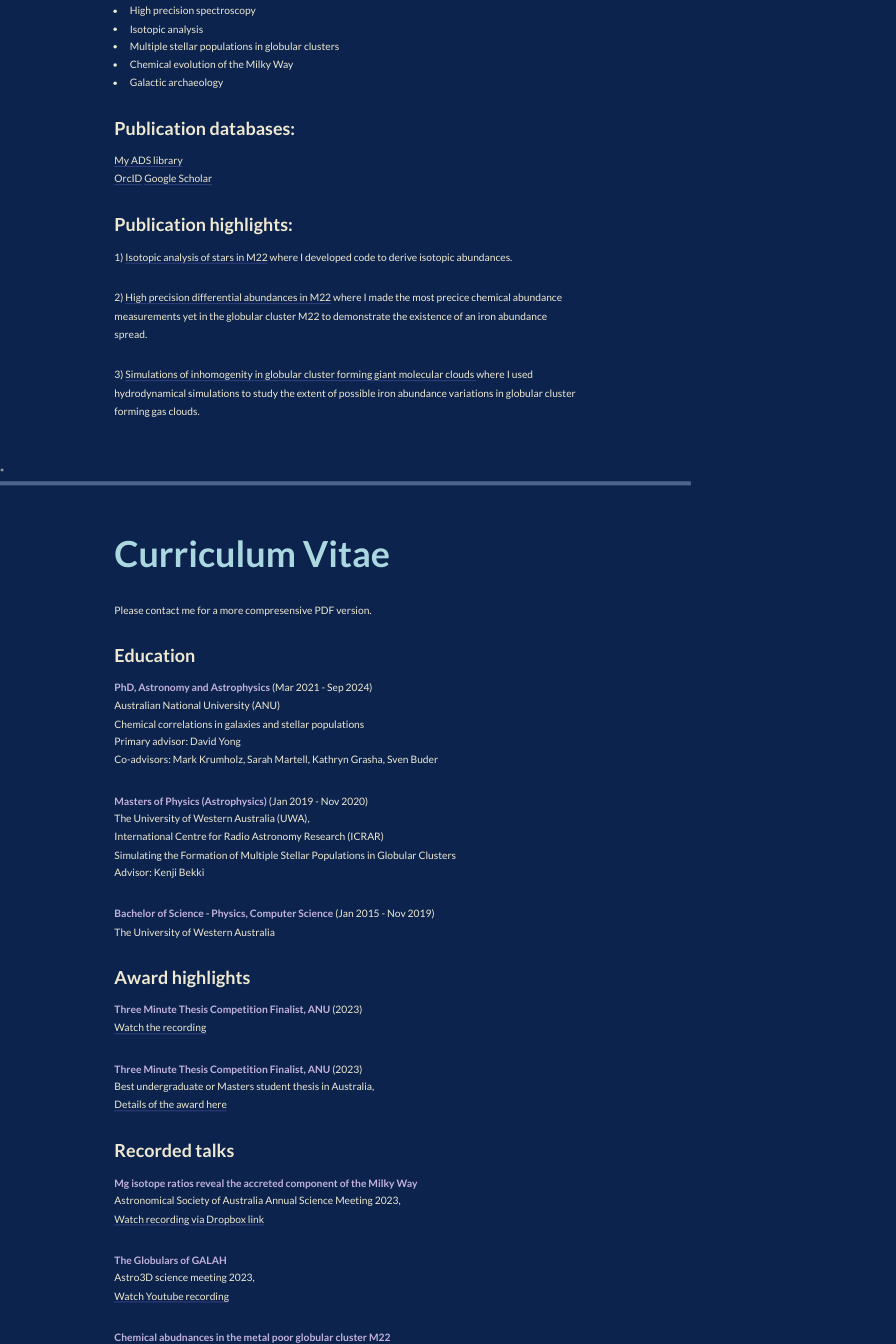
Repository: madeleine-mckenzie/madeleine-mckenzie.github.io
Page: index.html
An editor plug-in stored every save of this project. The page is shown before and after the next save, followed by the edit.
The browser window is 1280 px wide. The pictures show the part of the page from y = 1258 to 3178 px (the page is 4175 px tall before and 4201 px after), at 70% of full size.
Backgrounds fixed to the window are drawn as part of the page.

Above is the page before, as saved 2023-11-12 16:52:27.

### index.html
<!DOCTYPE HTML>
<!--
    Read Only by HTML5 UP
    html5up.net | @ajlkn
    Free for personal and commercial use under the CCA 3.0 license (html5up.net/license)
-->
<html>
    <head>
        <title>M. McKenzie</title>
        <meta charset="utf-8" />
        <meta name="viewport" content="width=device-width, initial-scale=1, user-scalable=no" />
        <link rel="stylesheet" href="assets/css/main.css" />
        <style>
            /* Custom style */
            body {
                background: url('images/2023_ANU_3MT_20230727_ANU2022 3.jpg') no-repeat center center fixed;
                background-size: cover;
            }
        </style>
    </head>
    <body class="is-preload">

        <!-- Header -->
        <section id="header">
            <header>
                <!-- Avatar image next to name -->
                <span class="image avatar"><img src="images/IG_DP.jpeg" alt="Madeleine L. McKenzie" /></span>
                <h1>Madeleine L. McKenzie</h1>
                <p>PhD candidate at the Australian National University </p>
                <p> <a href="mailto:madeleine.mckenzie@anu.edu.au">madeleine.mckenzie@anu.edu.au</a></p>
            </header>
            <nav id="nav">
                <ul>
                    <li><a href="#one" class="active">About</a></li>
                    <li><a href="#two">My Research</a></li>
                    <li><a href="#three">CV</a></li>
                    <li><a href="#four">Resources</a></li>
                    <li><a href="#five">Contact</a></li>
                </ul>
            </nav>
        </section>

        <!-- Wrapper -->
        <div id="wrapper">

            <!-- Main -->
            <div id="main">

                <!-- One -->
                <section id="one">
                    <div class="image main" data-position="center">
                        <!-- Top banner image -->
                        <img src="images/2023_ANU_3MT_20230727_ANU2022.jpg" alt="" />
                    </div>
                    <div class="container">
                        <header class="major">
                            <h2>Hi</h2>
                        </header>
                        <p>I'm Madeleine, an Australian astrophysicist interested in globular clusters all things Milky Way. I was born and raised in Perth, Western Australia,
                            and completed my undergraduate degree and Masters of Astrophysics at the University of Western Australia and International Centre
                            for Radio Astronomy Research. My Masters thesis, titled <b>Simulating the Formation of Multiple Stellar Populations in Globular Clusters</b>, was supervised
                            by Professor Kenji Bekki. I am currently a <b>PhD candidate at the Australian National University</b>, supervised by Dr. David Yong and
                            Professor Mark Krumholz. I primarily work on high precision spectroscopy and isotopic analysis of globular clusters.
                            I am in my final year of my PhD and am currently applying for postdoc positions.
                        </p>
                    </div>
                </section>

                <!-- Two -->
                <section id="two">
                    <div class="container">
                        <header class="major">
                            <h2>My Research</h2>
                        </header>
                        <h3>My research interests include:</h3>
                        <p><ul>
                                <li>High precision spectroscopy</li>
                                <li>Isotopic analysis</li>
                                <li>Multiple stellar populations in globular clusters</li>
                                <li>Chemical evolution of the Milky Way</li>
                                <li>Galactic archaeology</li>
                            </ul>
                        <h3>Publication databases:</h3>
                        <p><a href="https://ui.adsabs.harvard.edu/user/libraries/K8q3Fv2nS-eG0YgK9U_ysw">My ADS library</a> <br />
                        <a href="https://orcid.org/0000-0002-1715-1257">OrcID</a>
                        <a href="https://scholar.google.com/citations?hl=en&user=nJ12CEMAAAAJ">Google Scholar</a> <br /></p>

                        <h3>Publication highlights:</h3>
                        <p>1) <a href="https://ui.adsabs.harvard.edu/abs/2023MNRAS.tmp.2870M/abstract">Isotopic analysis of stars in M22</a> where I developed code to
                        derive isotopic abundances.</p>
                        <p>2) <a href="https://ui.adsabs.harvard.edu/abs/2022MNRAS.516.3515M/abstract">High precision differential abundances in M22</a> where I
                        made the most precice chemical abundance measurements yet in the globular cluster M22 to demonstrate the existence of an iron abundance spread.</p>
                        <p>3) <a href="https://ui.adsabs.harvard.edu/abs/2022MNRAS.516.3515M/abstract">Simulations of inhomogenity in globular cluster forming giant
                            molecular clouds </a> where I used hydrodynamical simulations to study the extent of possible iron abundance variations in
                             globular cluster forming gas clouds.</p>
                        </p>

                    </div>*
                </section>

                <!-- three -->
                <section id="three">
                    <div class="container">
                        <header class="major">
                            <h2>Curriculum Vitae</h2>
                        </header>
                        <p>Please contact me for a more compresensive PDF version.</p>

                        <h3>Education</h3>
                        <p><b>PhD, Astronomy and Astrophysics </b>  (Mar 2021 - Sep 2024)<br />
                            Australian National University (ANU)<br />
                            Chemical correlations in galaxies and stellar populations<br />
                            Primary advisor: David Yong<br />
                            Co-advisors: Mark Krumholz, Sarah Martell, Kathryn Grasha, Sven Buder
                        </p>
                        <p> <b>Masters of Physics (Astrophysics)</b>  (Jan 2019 - Nov 2020)<br />
                            The University of Western Australia (UWA),<br />
                            International Centre for Radio Astronomy Research (ICRAR)<br />
                            Simulating the Formation of Multiple Stellar Populations in Globular Clusters <br />
                            Advisor: Kenji Bekki
                        </p>
                        <p> <b>Bachelor of Science - Physics, Computer Science </b>  (Jan 2015 - Nov 2019)<br />
                            The University of Western Australia</p>
                        </p>

                        <h3>Award highlights</h3>
                        <p><b>Three Minute Thesis Competition Finalist, ANU </b>  (2023)<br />
                        <a href="https://www.youtube.com/watch?v=GKc33CGIitY&t=3706s">Watch the recording</a>
                        </p>

                        <p><b>Three Minute Thesis Competition Finalist, ANU </b>  (2023)<br />
                            Best undergraduate or Masters student thesis in Australia, <br />
                            <a href="https://asa.astronomy.org.au/prizes_and-grants/prizes-awards/bok-prize/">Details of the award here</a>
                            </p>

                        <h3>Recorded talks</h3>

                        <p><b>Mg isotope ratios reveal the accreted component of the Milky Way </b> <br />
                            Astronomical Society of Australia Annual Science Meeting 2023, <br />
                            <a href="https://www.dropbox.com/scl/fo/u4ltsiigp58la88ctc9fa/h/DAY%204/MASON%20THEATRE/Day%204_Session%2013A.3_Madeleine%20McKenzie.mov?rlkey=amzaq17vsae1m4esvlgar2m0k&dl=0 ">Watch recording via Dropbox link</a>
                            </p>

                        <p><b>The Globulars of GALAH </b> <br />
                            Astro3D science meeting 2023, <br />
                            <a href="https://www.youtube.com/watch?v=rzf3bCFw7u4&ab_channel=ASTRO3D">Watch Youtube recording</a>
                            </p>

                        <p><b>Chemical abudnances in the metal poor globular cluster M22 </b> <br />
                            Astro3D science meeting 2021, <br />
                            <a href="https://www.youtube.com/watch?v=3hCc7SoufvI&ab_channel=ASTRO3D">Watch Youtube recording</a>
                            </p>

                        <p><b>Simulations of Globular Clusters </b> <br />
                            Astronomical Society of Australia Annual Science Meeting Bok Prize lecture 2021, <br />
                            <a href="https://www.youtube.com/watch?v=-FdlgHLuMKA&t=148s&ab_channel=AstronomicalSocietyofAustralia">Watch Youtube recording</a>
                            </p>

                    </div>
                </section>

                 <!-- four -->
                 <section id="four">
                    <div class="container">
                        <header class="major">
                            <h2>Resources & Outreach</h2>
                        </header>
                        <p>Surveying the Milky Way Conference 2023 poster</p>

                    </div>
                </section>

                <!-- Three -->
                <section id="five">
                    <div class="container">
                        <header class="major">
                            <h2>Get in touch</h2>
                        </header>
                        <p>University email: <a href="mailto:madeleine.mckenzie@anu.edu.au">madeleine.mckenzie@anu.edu.au</a></p>
                        <p>Gmail: <a href="mailto:madeleine.l.mckenzie@gmail.com">madeleine.l.mckenzie@gmail.com</a></p>
                        <p>Twitter: <a href="https://twitter.com/MadellanicCloud" target="_blank">@MadellanicCloud</a></p>
                    </div>
                </section>

            </div>

            <!-- Footer -->
            <section id="footer">
                <div class="container">
                    <ul class="copyright">
                        <li>&copy; M. McKenzie</li>
                        <li>Design: <a href="http://html5up.net">HTML5 UP</a></li>
                    </ul>
                </div>
            </section>

        </div>

        <!-- Scripts -->
        <script src="assets/js/jquery.min.js"></script>
        <script src="assets/js/jquery.scrollex.min.js"></script>
        <script src="assets/js/jquery.scrolly.min.js"></script>
        <script src="assets/js/browser.min.js"></script>
        <script src="assets/js/breakpoints.min.js"></script>
        <script src="assets/js/util.js"></script>
        <script src="assets/js/main.js"></script>

    </body>
</html>

Loaded but not shown: assets/css/fontawesome-all.min.css (library); assets/js/jquery.min.js (library); assets/js/jquery.scrollex.min.js (common file); assets/js/jquery.scrolly.min.js (common file); assets/js/browser.min.js (common file); assets/js/breakpoints.min.js (common file); assets/js/util.js (587 lines, source omitted); assets/js/main.js (159 lines, source omitted); assets/css/main.css (3340 lines, source omitted)

After the next save:
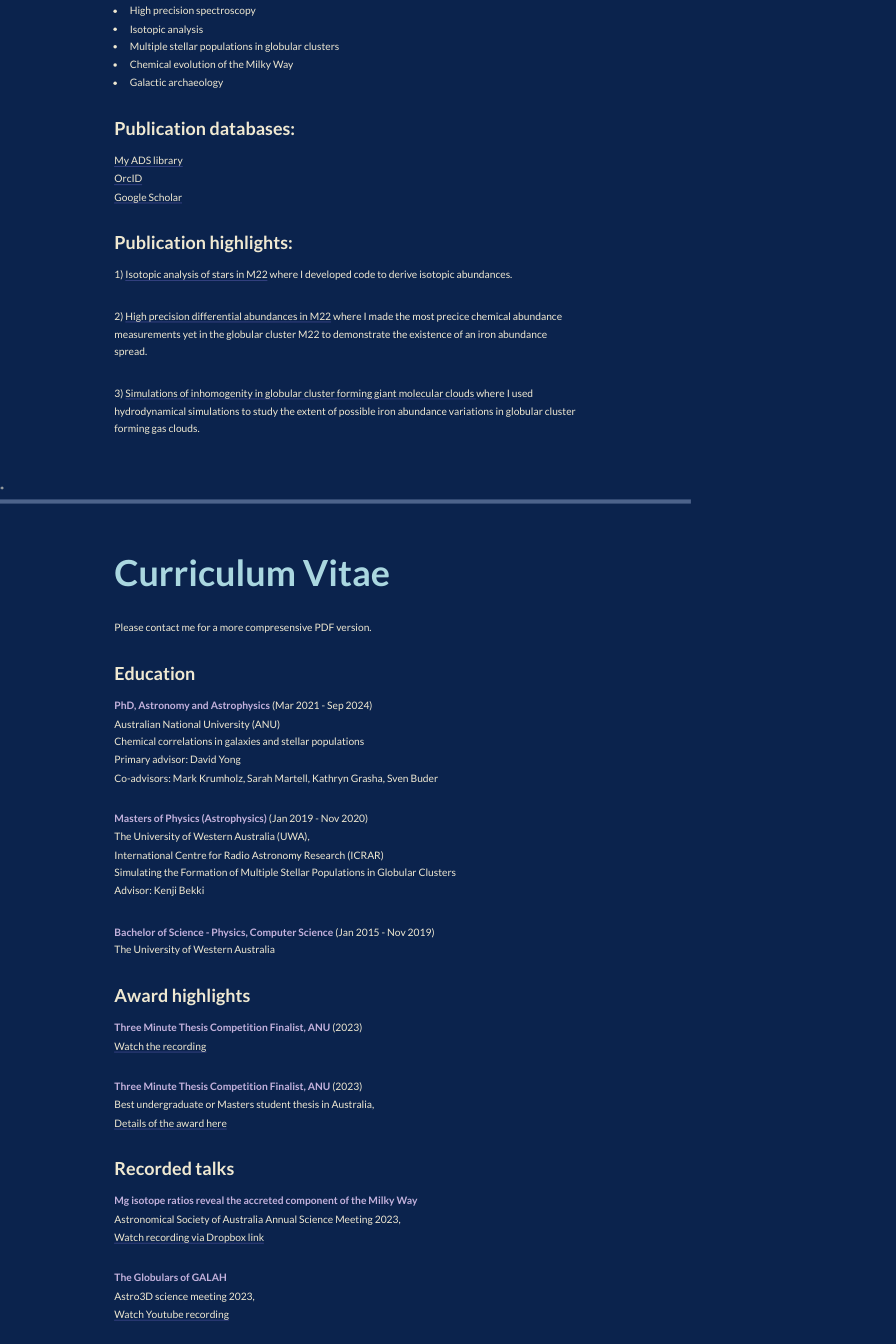
Saved 15 s later.
--- a/index.html
+++ b/index.html
@@ -82,7 +82,7 @@
                             </ul>
                         <h3>Publication databases:</h3>
                         <p><a href="https://ui.adsabs.harvard.edu/user/libraries/K8q3Fv2nS-eG0YgK9U_ysw">My ADS library</a> <br />
-                        <a href="https://orcid.org/0000-0002-1715-1257">OrcID</a>
+                        <a href="https://orcid.org/0000-0002-1715-1257">OrcID</a>  <br />
                         <a href="https://scholar.google.com/citations?hl=en&user=nJ12CEMAAAAJ">Google Scholar</a> <br /></p>
 
                         <h3>Publication highlights:</h3>
